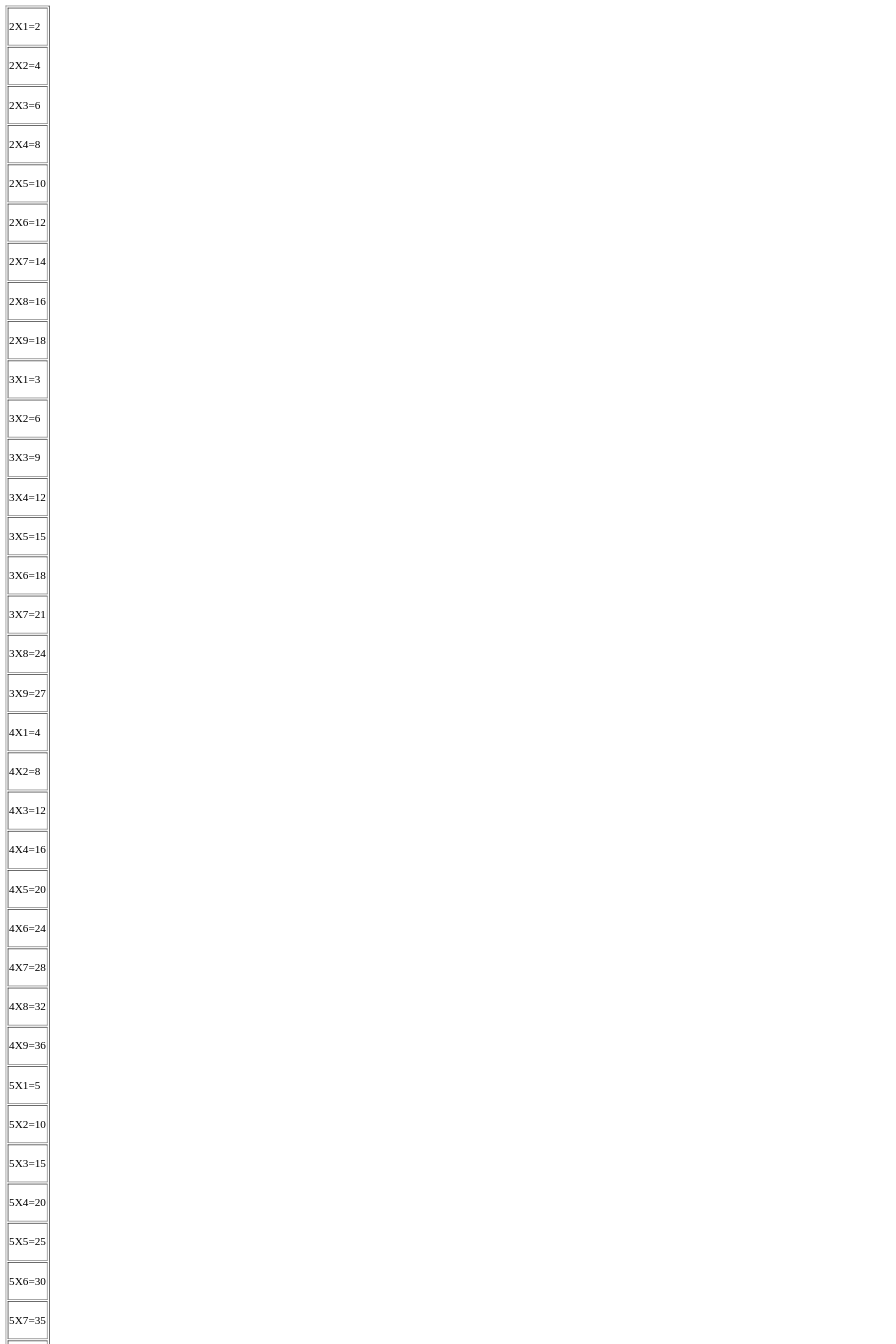
Repository: SanctusAlbino/Jsp_Servlet
Page: http://localhost/03.Tag/01.Script/Ex04For.jsp
The author's editor kept a copy of each file at every save. The page is drawn from the files as they stood at one save, then again after the next save.
The browser window is 1280 px wide. The pictures show the part of the page from y = 0 to 1920 px (the page is 4052 px tall before and 720 px after), at 70% of full size.
The page is served by Tomcat 9.

Above is the page before, as saved 2023-05-19 02:22:42.

### 03.Tag/src/main/webapp/01.Script/Ex04For.jsp
<%@ page language="java" contentType="text/html; charset=UTF-8"
    pageEncoding="UTF-8"%>
<!DOCTYPE html>
<html>
<head>
<meta charset="UTF-8">
<title>Insert title here</title>
</head>
<body>
	<table border="1px solid black">
		<%for(int i =2; i<10; i++){%>
		<tr>
		<% for(int j=1; j<10; j++){%>
			<td><p><%=i%>X<%=j%>=<%=i*j%></p></td>
		</tr>
		<% }%>
	<%}%>
	</table>


</body>
</html>

After the next save:
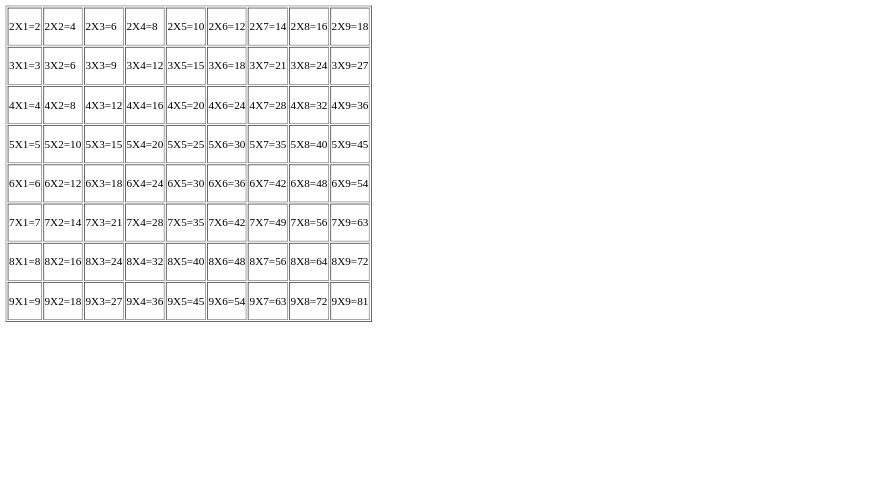
Saved 13 s later.
--- a/03.Tag/src/main/webapp/01.Script/Ex04For.jsp
+++ b/03.Tag/src/main/webapp/01.Script/Ex04For.jsp
@@ -12,8 +12,8 @@
 		<tr>
 		<% for(int j=1; j<10; j++){%>
 			<td><p><%=i%>X<%=j%>=<%=i*j%></p></td>
+		<% }%>
 		</tr>
-		<% }%>
 	<%}%>
 	</table>
 
